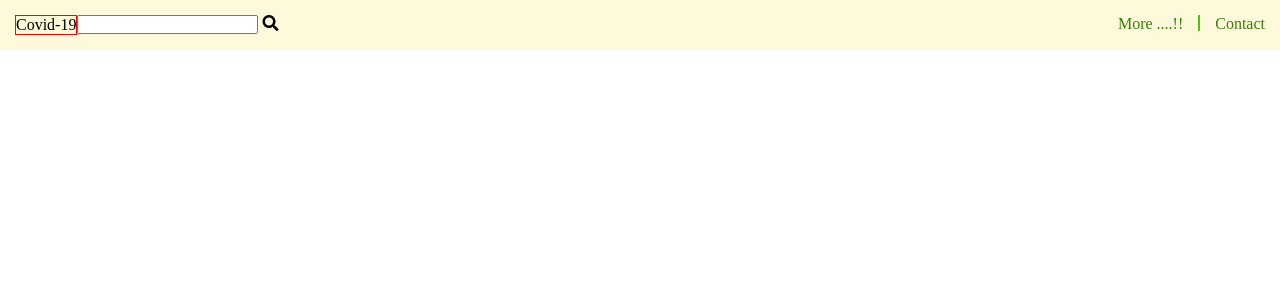
Repository: thuongton98/Covid
Page: html-css-js/index.html
The author's editor kept a copy of each file at every save. The page is drawn from the files as they stood at one save, then again after the next save.
The browser window is 1280 px wide. The pictures show the whole page.

Above is the page before, as saved 2021-07-01 09:05:42.

### html-css-js/index.html
<!DOCTYPE html>
<html lang="en">
<head>
    <meta charset="UTF-8">
    <meta http-equiv="X-UA-Compatible" content="IE=edge">
    <meta name="viewport" content="width=device-width, initial-scale=1.0">
    <link rel="stylesheet" href="https://use.fontawesome.com/releases/v5.15.3/css/all.css" integrity="sha384-SZXxX4whJ79/gErwcOYf+zWLeJdY/qpuqC4cAa9rOGUstPomtqpuNWT9wdPEn2fk" crossorigin="anonymous">
    <link rel="stylesheet" href="./styles.css">
    <title>Covid-19</title>
</head>
<body>
    <nav>
        <div class="icon">
            <div class="icon-i">Covid-19</div>
            <div class="icon-search">
                <input type="text">
                <i class="fas fa-search"></i>
            </div>

        </div>
        <ul class="nav-i">
            <li>More ....!!</li>
            <li>Contact</li>
        </ul>
    </nav>
</body>
</html>

### html-css-js/styles.css

*{
    padding: 0;
    margin: 0;
    box-sizing: border-box;
}



nav{
    background-color: #fff9db;
    display: flex;
    justify-content: space-between;
    padding:15px
}


nav .icon{
    display: flex;
}

nav .nav-i{
    display: flex;
}

nav .nav-i li{
    list-style: none;
    padding-right: 15px;
    color:#397d09;
    cursor: pointer;
}

nav .nav-i li:hover{
    color:#57bf0d;
}

nav .nav-i li:last-child{
    padding-right:0;
}

nav .nav-i li:after{
    content: '';
    border: 1px solid #57bf0d;
    margin-left:15px;
    font-size: 12px;
    position: relative;
    top:-2px;
}

nav .nav-i li:last-child::after{
    display: none;
}

nav .icon .icon-i{
    border:1px solid red
}

After the next save:
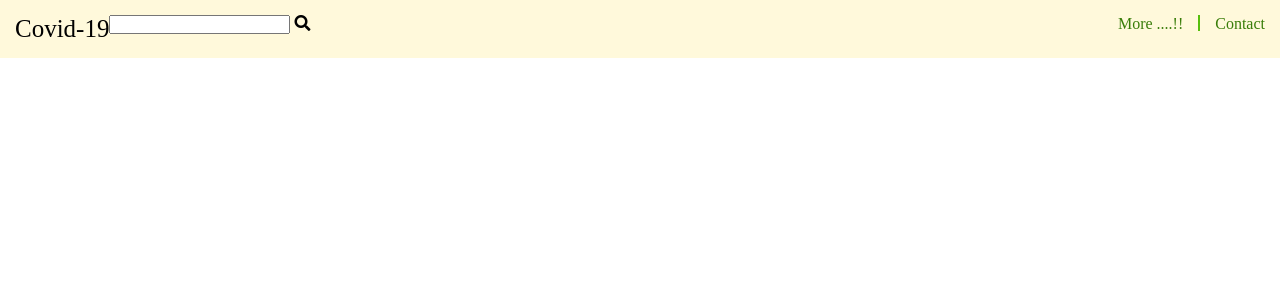
Saved 8 s later.
--- a/html-css-js/styles.css
+++ b/html-css-js/styles.css
@@ -52,5 +52,5 @@ nav .nav-i li:last-child::after{
 }
 
 nav .icon .icon-i{
-    border:1px solid red
+    font-size: 25px;
 }
